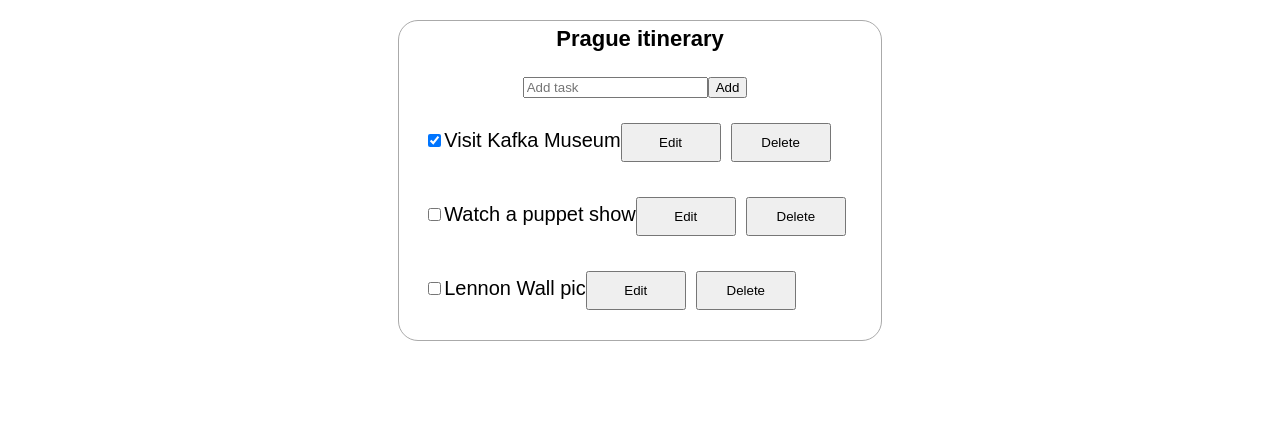
Repository: trider/my-react-app
Page: /
These files come from the project's save history. The page is drawn as it stood at one moment and after the next save; the edit follows.
The browser window is 1280 px wide. The pictures show the whole page.
The project was rebuilt for these pictures with package versions that can differ from the ones it lists, and the page was loaded fresh each time. Also part of the build but not shown: src/components/basic/Gallery.js, src/components/basic/Profile.js, src/components/utils.js, src/components/basic/Avatar.js, src/components/basic/GridX.js, src/components/time/Clock.js, src/components/time/Time.js, src/components/basic/ListT.js and 54 more. Imported but missing from the stored project, and not drawn on this page: src/components/stateManagement/Accoridion.

Above is the page before, as saved 2024-04-25 10:48:51.

After the next save:
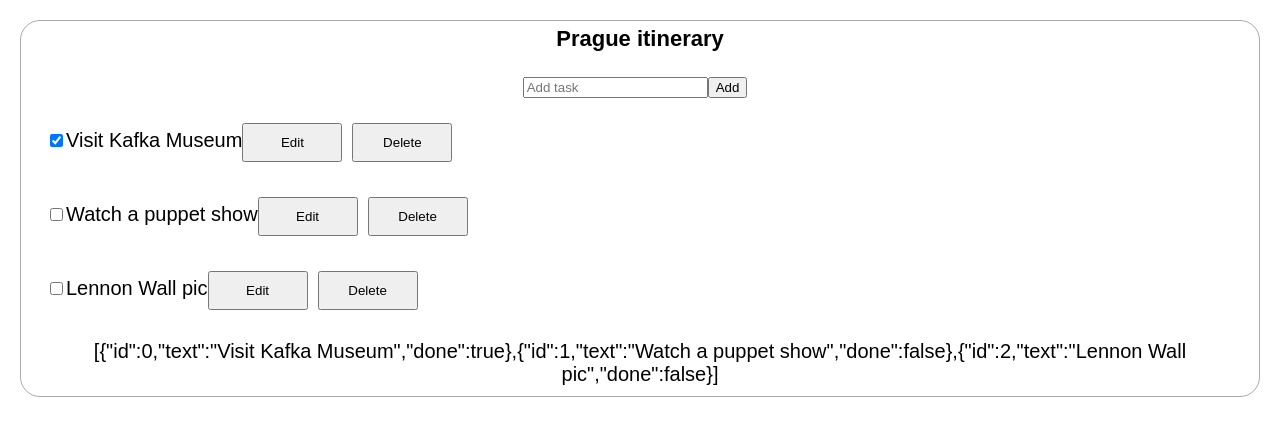
Saved 2 min 8 s later.
--- a/src/components/stateManagement/Reducers/TaskApp.js
+++ b/src/components/stateManagement/Reducers/TaskApp.js
@@ -37,6 +37,7 @@
         onChangeTask={handleChangeTask}
         onDeleteTask={handleDeleteTask}
       />
+      <p>{JSON.stringify(tasks)}</p>
     </>
   );
 }

After the save that followed:
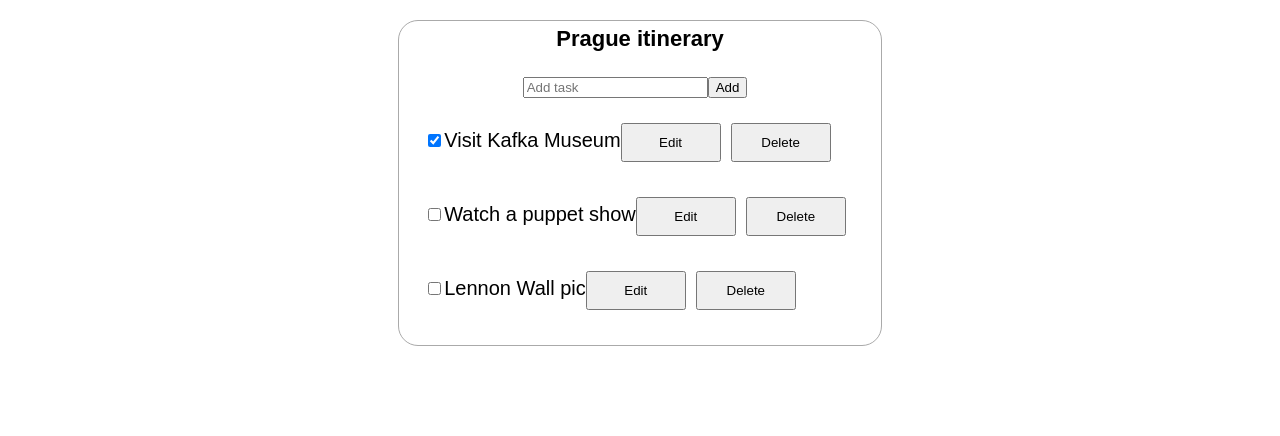
Saved 18 s later.
--- a/src/components/stateManagement/Reducers/TaskApp.js
+++ b/src/components/stateManagement/Reducers/TaskApp.js
@@ -37,7 +37,7 @@
         onChangeTask={handleChangeTask}
         onDeleteTask={handleDeleteTask}
       />
-      <p>{JSON.stringify(tasks)}</p>
+      <p>{JSON.stringify}</p>
     </>
   );
 }
